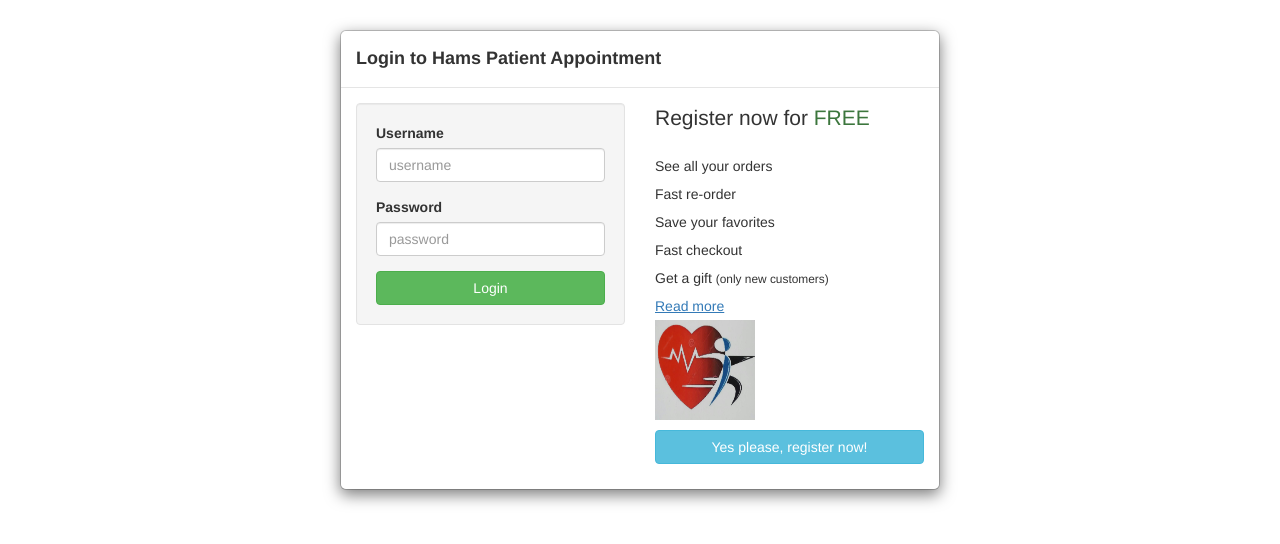
Repository: shiveshk/PullData
Page: http://localhost/Hams/
These files come from the project's save history. The page is drawn as it stood at one moment and after the next save; the edit follows.
The browser window is 1280 px wide. The pictures show the whole page.
The page is served by Tomcat 9. Nobody is signed in. The application's start-up code is not run.

Above is the page before, as saved 2015-11-05 06:36:05.
Console error (its wording comes from the project's code and is left out).

After the next save:
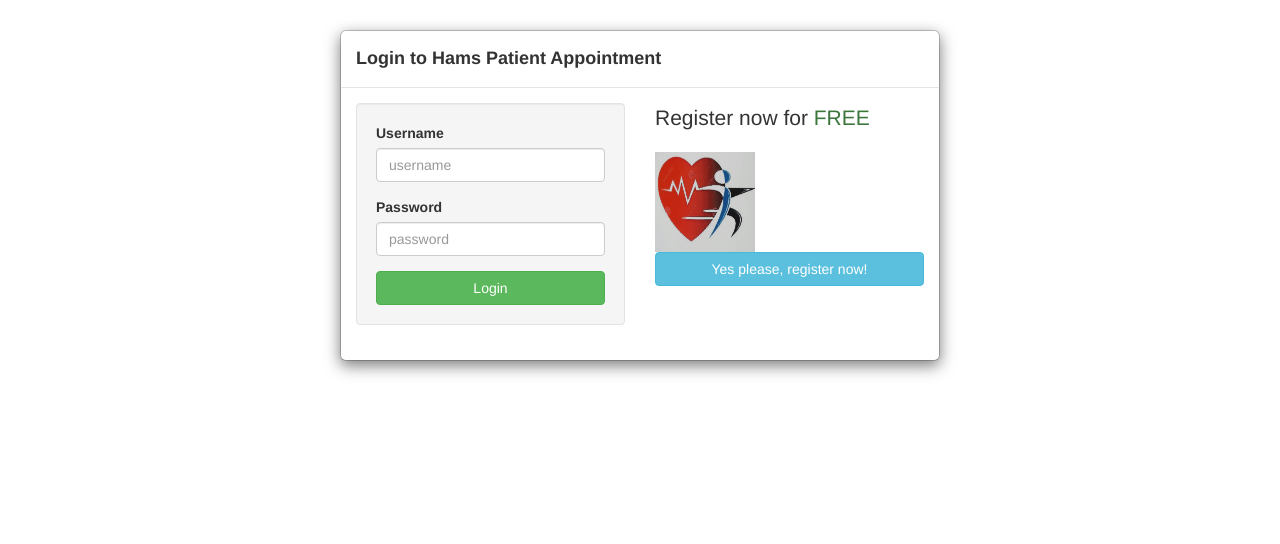
Saved 53 s later.
--- a/Hams/WebContent/index.jsp
+++ b/Hams/WebContent/index.jsp
@@ -54,15 +54,7 @@ img {
 
                   <div class="col-xs-6">
                       <p class="lead">Register now for <span class="text-success">FREE</span></p>
-                      <ul class="list-unstyled" style="line-height: 2">
-                          <li><span class="fa fa-check text-success"></span> See all your orders</li>
-                          <li><span class="fa fa-check text-success"></span> Fast re-order</li>
-                          <li><span class="fa fa-check text-success"></span> Save your favorites</li>
-                          <li><span class="fa fa-check text-success"></span> Fast checkout</li>
-                          <li><span class="fa fa-check text-success"></span> Get a gift <small>(only new customers)</small></li>
-                          <li><a href="/read-more/"><u>Read more</u></a></li>
-                          <img src = "images/HAMSLogo.jpg" alt="hamslogo" />
-                      </ul>
+                      <img src = "images/HAMSLogo.jpg" alt="hamslogo" />
                       <p><a href="/new-customer/" class="btn btn-info btn-block">Yes please, register now!</a></p>
                   </div>
 
